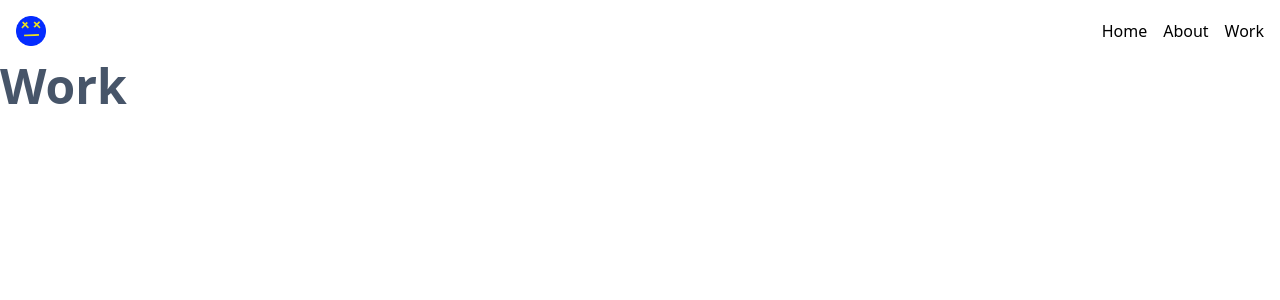
Repository: aaroncemery/aaroncemery-next
Page: /about
These files come from the project's save history. The page is drawn as it stood at one moment and after the next save; the edit follows.
The browser window is 1280 px wide. The pictures show the whole page.
The project was rebuilt for these pictures with package versions that can differ from the ones it lists, and the page was loaded fresh each time. The framework's server and built-in components were replaced by stand-ins that run in the browser. Also part of the build but not shown: next.config.js.

Above is the page before, as saved 2022-06-13 17:04:21.

After the next save:
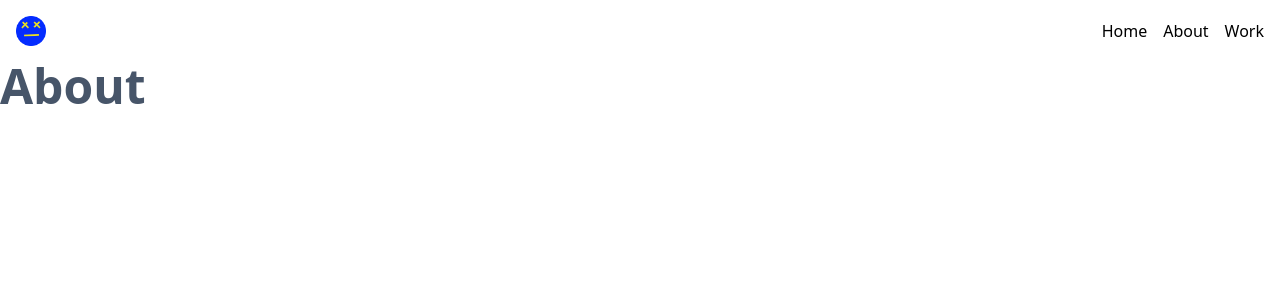
Saved 17 s later.
--- a/pages/about.tsx
+++ b/pages/about.tsx
@@ -21,7 +21,7 @@ const About: NextPage = () => {
           </li>
         </ul>
       </nav>
-      <h1 className="font-sans text-5xl font-bold text-slate-600">Work</h1>
+      <h1 className="font-sans text-5xl font-bold text-slate-600">About</h1>
     </Fragment>
   )
 }
